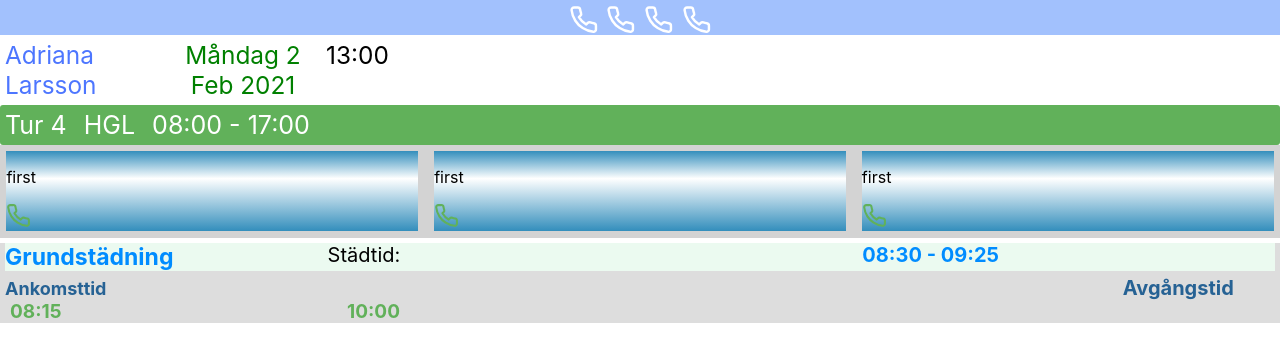
Repository: AdrianaLarsson/learning-react-adriana
Page: /
The author's editor kept a copy of each file at every save. The page is drawn from the files as they stood at one save, then again after the next save.
The browser window is 1280 px wide. The pictures show the whole page.
The project was rebuilt for these pictures with package versions that can differ from the ones it lists, and the page was loaded fresh each time. Also part of the build but not shown: src/components/pixiLearn/pixi-learning.js, src/components/pixiLearn/reactTimline/timelinegant.js.

Above is the page before, as saved 2021-02-18 10:07:24.

After the next save:
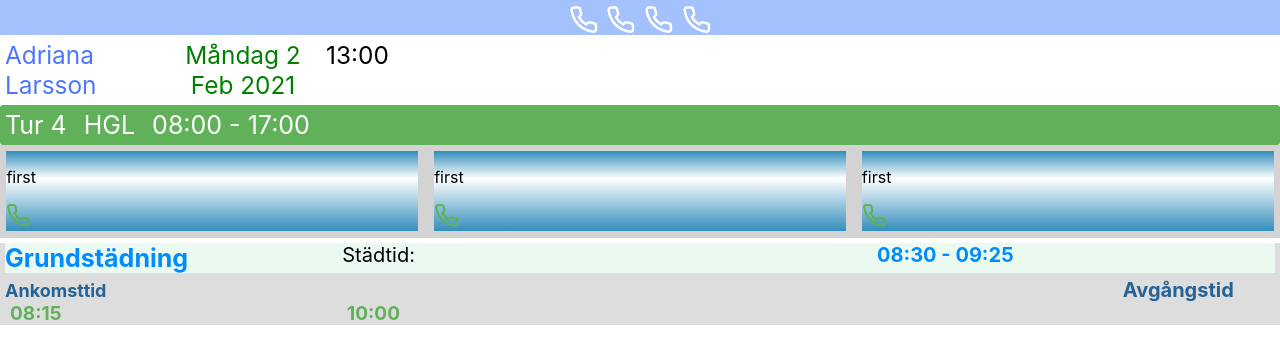
Saved 13 s later.
--- a/src/App.css
+++ b/src/App.css
@@ -87,7 +87,7 @@
 .activityname{
   text-align: start;
   font-weight: bold;
-  font-size: 23px;
+  font-size: 25px;
 }
 .cleantime{
   display: inline-block;

After the 2 saves that followed:
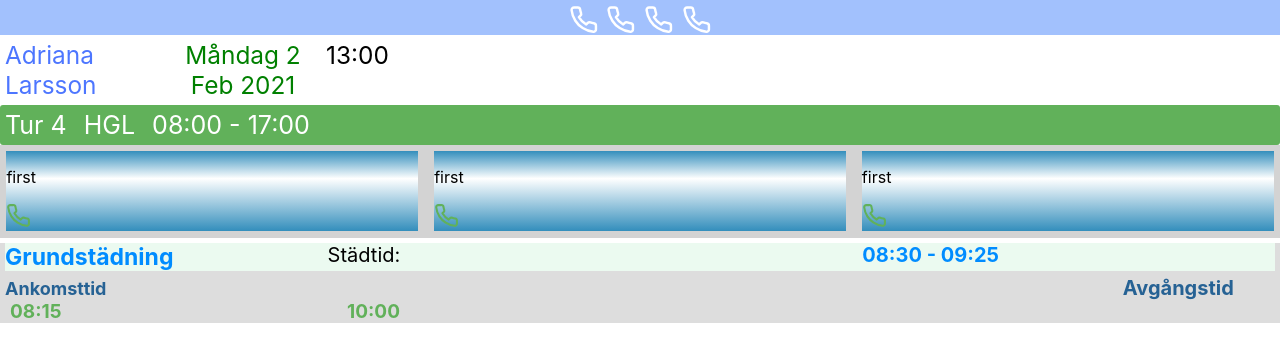
The 2 saves are shown as one change because they came seconds apart.
The last was saved 7 s later.
--- a/src/App.css
+++ b/src/App.css
@@ -87,7 +87,7 @@
 .activityname{
   text-align: start;
   font-weight: bold;
-  font-size: 25px;
+  font-size: 23px;
 }
 .cleantime{
   display: inline-block;
